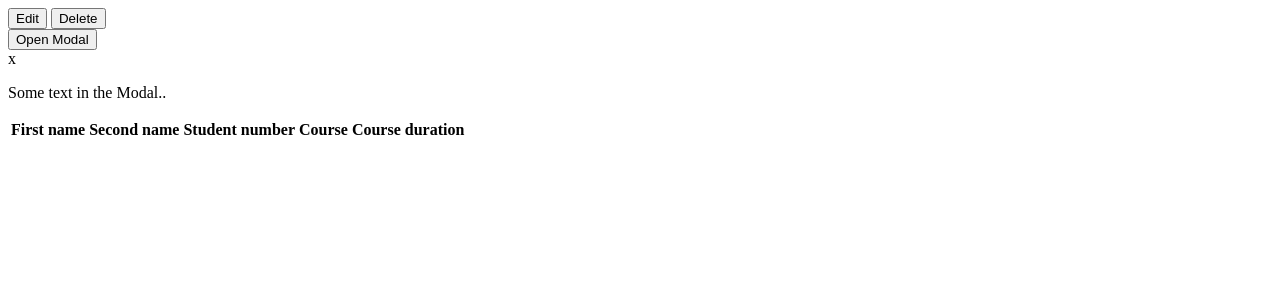
Repository: OdichDaniel/AutomaticAccessWeb
Page: http://localhost/AutomaticAccessSystem/WEB-INF/jsp/students.jsp
The author's editor kept a copy of each file at every save. The page is drawn from the files as they stood at one save, then again after the next save.
The browser window is 1280 px wide. The pictures show the whole page.
The page is served by Tomcat 9. Nobody is signed in. The template is opened directly, without the code that normally fills it, so the values that code supplies are empty.

Above is the page before, as saved 2016-05-26 08:44:42.
Console error: ReferenceError: $ is not defined

After the next save:
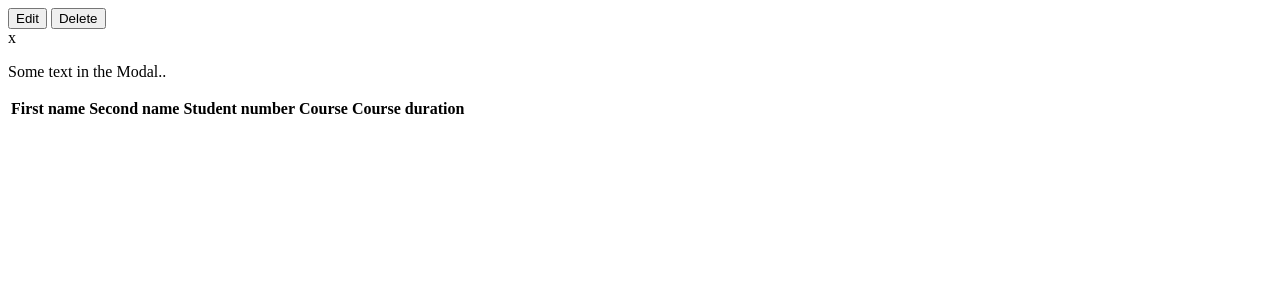
Saved 3 min 59 s later.
--- a/AutomaticAccessSystem/WebContent/WEB-INF/jsp/students.jsp
+++ b/AutomaticAccessSystem/WebContent/WEB-INF/jsp/students.jsp
@@ -29,13 +29,9 @@ $(function(){
 </head>
 <body>
 <div class="control-button-holder"><button id="edit-button" class="btn btn-default btn-sm">Edit</button>
-<button id="edit-button" class="btn btn-default btn-sm">Delete</button></div>
+<button id="delete-button" class="btn btn-default btn-sm">Delete</button></div>
 
- <!-- Trigger/Open The Modal -->
-<button id="myBtn">Open Modal</button>
-
-<!-- The Modal -->
-<div id="myModal" class="modal">
+<div id="form-div" class="modal">
 
   <!-- Modal content -->
   <div class="modal-content">
@@ -76,7 +72,7 @@ $(function(){
 var modal = document.getElementById('myModal');
 
 // Get the button that opens the modal
-var btn = document.getElementById("myBtn");
+var btn = document.getElementById("edit-button");
 
 // Get the <span> element that closes the modal
 var span = document.getElementsByClassName("close")[0];
